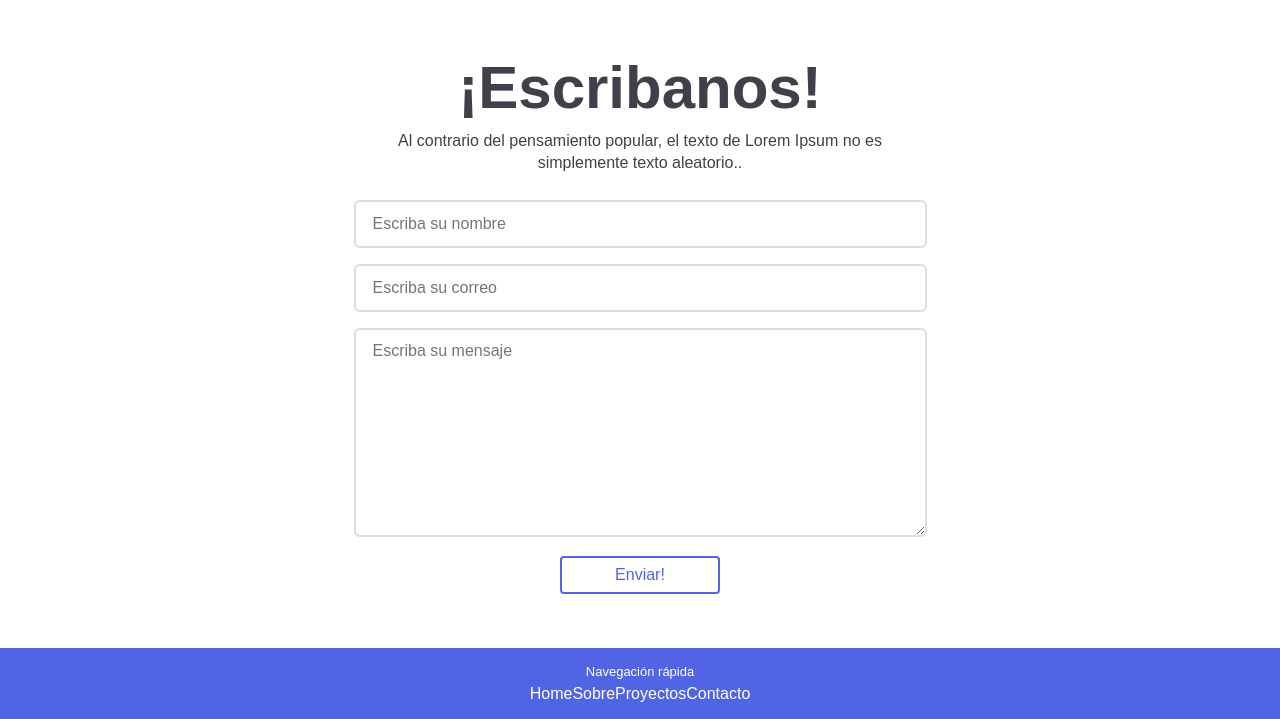
Repository: robsonmarkes/accesibilidad
Page: index.html
These files come from the project's save history. The page is drawn as it stood at one moment and after the next save; the edit follows.
The browser window is 1280 px wide. The pictures show the part of the page from y = 1369 to 2088 px (the page is 2088 px tall).
A picture or video elsewhere on the page could not be fetched, so the positions and the page height are approximate.

Above is the page before, as saved 2022-10-11 11:23:12.

### index.html
<!DOCTYPE html>
<html lang="en">
<head>
    <meta charset="UTF-8">
    <meta http-equiv="X-UA-Compatible" content="IE=edge">
    <meta name="viewport" content="width=device-width, initial-scale=1.0">
    <title>Mi empresa portal</title>
    <link rel="stylesheet" href="style.css">
</head>
<body>
    <!-- wrong way -->
    <div class="wrap">
        <div class="header">
            <a href="http://google.com" class="logo">
                <img src="https://www.pngarts.com/files/3/Logo-PNG-Transparent-Image.png" alt="" srcset="">
            </a>
            <ul>
                <li>
                    <a href="#" target="_blank" rel="noopener noreferrer">Home</a>
                </li>
                <li>
                    <a href="#" target="_blank" rel="noopener noreferrer">Proyectos</a>
                </li>
                <li>
                    <a href="#" target="_blank" rel="noopener noreferrer">Contacto</a>
                </li>
            </ul>
        </div>
        <div class="content">
            <div class="article">
                <h1>Bienvenido!</h1>
                <p>
                    Lorem Ipsum es simplemente el texto de relleno de las imprentas y archivos de texto. Lorem Ipsum ha sido el texto de relleno estándar de las industrias desde el año 1500, cuando un impresor (N. del T. persona que se dedica a la imprenta) desconocido usó una galería de textos y los mezcló de tal manera que logró hacer un libro de textos especimen. No sólo sobrevivió 500 años, sino que tambien ingresó como texto de relleno en documentos electrónicos, quedando esencialmente igual al original. Fue popularizado en los 60s con la creación de las hojas "Letraset", las cuales contenian pasajes de Lorem Ipsum, y más recientemente con software de autoedición, como por ejemplo Aldus PageMaker, el cual incluye versiones de Lorem Ipsum.
                </p>
                <div class="buttons">
                    <button class="primary">Empezar!</button>
                    <button class="secondary">Contacto</button>
                </div>
            </div>
            <hr />
            <div class="article">
                <div>
                    <h1>Nuestra empresa</h1>
                    <p>
                        Es un hecho establecido hace demasiado tiempo que un lector se distraerá con el contenido del texto de un sitio mientras que mira su diseño. El punto de usar Lorem Ipsum es que tiene una distribución más o menos normal de las letras, al contrario de usar textos como por ejemplo "Contenido aquí, contenido aquí". Estos textos hacen parecerlo un español que se puede leer. Muchos paquetes de autoedición y editores de páginas web usan el Lorem Ipsum como su texto por defecto, y al hacer una búsqueda de "Lorem Ipsum" va a dar por resultado muchos sitios web que usan este texto si se encuentran en estado de desarrollo. Muchas versiones han evolucionado a través de los años, algunas veces por accidente, otras veces a propósito (por ejemplo insertándole humor y cosas por el estilo).
                    </p>
                </div>
                <img src="https://cdn-dynmedia-1.microsoft.com/is/image/microsoftcorp/O2019-Hero-image-x2:VP1-539x440?resMode=sharp2&op_usm=1.5,0.65,15,0&wid=1920&hei=720&qlt=75&fit=constrain" alt="">
            </div>
            <hr />
            <div class="article">
                <h1>¡Escribanos!</h1>
                <p>
                    Al contrario del pensamiento popular, el texto de Lorem Ipsum no es simplemente texto aleatorio..
                </p>
                <form action="">
                    <fieldset>
                        <legend>En formulário de ejemplo</legend>
                        <div class="form-group">
                            <label for="name">nombre:</label>
                            <input type="text" name="name" id="name" placeholder="Escriba su nombre">
                        </div>
                        <div class="form-group">
                            <label for="email">correo:</label>
                            <input type="text" name="email" id="email" placeholder="Escriba su correo">
                        </div>
                        <div class="form-group">
                            <label for="message">mensaje:</label>
                            <textarea name="message" id="message" cols="30" rows="10" placeholder="Escriba su mensaje"></textarea>
                        </div>
                        <button>Enviar!</button>
                    </fieldset>
                </form>
            </div>
        </div>
        <div class="footer">
            <span>Navegación rápida</span>
            <ul>
                <li>
                    <a href="#" target="_blank" rel="noopener noreferrer">Home</a>
                </li>
                <li>
                    <a href="#" target="_blank" rel="noopener noreferrer">Sobre</a>
                </li>
                <li>
                    <a href="#" target="_blank" rel="noopener noreferrer">Proyectos</a>
                </li>
                <li>
                    <a href="#" target="_blank" rel="noopener noreferrer">Contacto</a>
                </li>
            </ul>
        </div>

        <div class="backgound-modal"></div>
        <div class="modal">
            <h2 class="title">Estas seguro que quieres enviar?</h2>
            <span>La acción no puede ser deshecha.</span>
            <button>¡Si!</button>
            <button>¡No!</button>
        </div>

    </div>
</body>
</html>

### style.css
:root {
    --primary-bg: rgb(81, 101, 228);
    --primary-color: #ffffff;
    --secondary-bg: #ffffff;
    --secondary-color: rgb(64, 64, 74);
    --body-bg: rgb(64, 64, 74);
    --transition-time: 0.2s;
  }

body, * {
    margin: 0;
    padding: 0;
    list-style-type: none;
    text-decoration: none;
    font-family:Arial, Helvetica, sans-serif;
    color: var(--secondary-color);
}

body a:hover {
    color: var(--primary-color);
}

.wrap {
    width: 100%;
    height: auto;
    margin: 0 auto;

}

.wrap .header {
    display: flex;
    align-items: center;
    background-color: var(--primary-bg);
}

.wrap .header  img {
    filter: invert(100%);
    height: 64px;
}

.wrap .header ul {
    display: flex;
}
.wrap .header ul li {
    padding: 1rem;
}
.wrap .header a {
    color: var(--primary-color);
}

.wrap .content {
    width: 100%;
    min-width: 400px;
    margin: 0;
}

.wrap .content hr {
    color: var(--body-bg);
    opacity: 0.2;
}

.wrap .content .article {
    margin: 0 auto;
    padding: 64px 0 48px;
    max-width: 600px;
    line-height: 1.4;
}

.wrap .content .article h1, h2, h3 {
    font-size: 3.75rem;
    padding-bottom: 0.35;
    text-align: center;
}

.wrap .content .article p {
    font-size: 1rem;
    text-align: center;
    padding: 0 1rem 1rem;
}

.wrap .content .article img {
    margin: 0 auto;
    max-width: 100%;
    padding: 1rem;
}

.wrap .content .article .buttons {
    max-width: 220px;
    margin: 0 auto;
    display: flex;
}

.wrap .content .article .buttons button {
    font-size: 1rem;
    padding: 0.5rem 1rem;
    margin: 4px;
    border: 2px solid;
    border-radius: 4px;
    cursor: pointer;
    background-color: transparent;
}

.wrap .content .article .buttons button.primary {
    background-color: var(--primary-color);
    color: var(--primary-bg);
    transition: var(--transition-time) background-color;
}

.wrap .content .article .buttons button.primary:hover {
    background-color: var(--primary-bg);
    color: var(--primary-color);
    border-color: var(--primary-bg);
}

.wrap .content .article .buttons button.secondary {
    background-color: var(--secondary-color);
    color: var(--secondary-bg);
    border-color: var(--secondary-color);
    transition: var(--transition-time) background-color;
}

.wrap .content .article .buttons button.secondary:hover {
    background-color: var(--secondary-bg);
    color: var(--secondary-color);
    border-color: var(--secondary-color);
}

.wrap .content .article form {
    width: 100%;
    margin: 0 auto;
}

.wrap .content .article form fieldset {
    display: flex;
    flex-direction: column;
    align-items: center;
    border-color: transparent;
}

.wrap .content .article form fieldset legend {
    opacity: 0;
    font-size: 0px;
}

.wrap .content .article form .form-group {
    width: 100%;
    display: block;
}

.wrap .content .article form .form-group label {
    opacity: 0;
    font-size: 0px;
}

.wrap .content .article form .form-group input, .wrap .content .article form .form-group textarea {
    font-size: 1rem;
    padding: 0.8rem 1rem;
    margin: 0.5rem;
    border: 2px solid #ddd;
    border-radius: 6px;
    width: 90%;
}

.wrap .content .article form fieldset button {
    font-size: 1rem;
    width: 160px;
    margin: 0 auto;
    padding: 0.5rem 1rem;
    margin: 4px;
    border: 2px solid;
    border-radius: 4px;
    cursor: pointer;
    background-color: var(--primary-color);
    color: var(--primary-bg);
    transition: var(--transition-time) background-color;
}

.wrap .content .article form fieldset button:hover {
    background-color: var(--primary-bg);
    color: var(--primary-color);
    border-color: var(--primary-bg);
}

.wrap .background-modal, .wrap .modal {
    display: none;
}

.wrap .footer {
    display: flex;
    flex-direction: column;
    align-items: center;
    padding: 1rem;
    background-color: var(--primary-bg);
}

.wrap .footer span {
    color: var(--primary-color);
    font-size: small;
    padding-bottom: 0.4rem;
}

.wrap .footer  ul {
    display: flex;
}

.wrap .footer  ul li a{
    color: var(--primary-color);

}

After the next save:
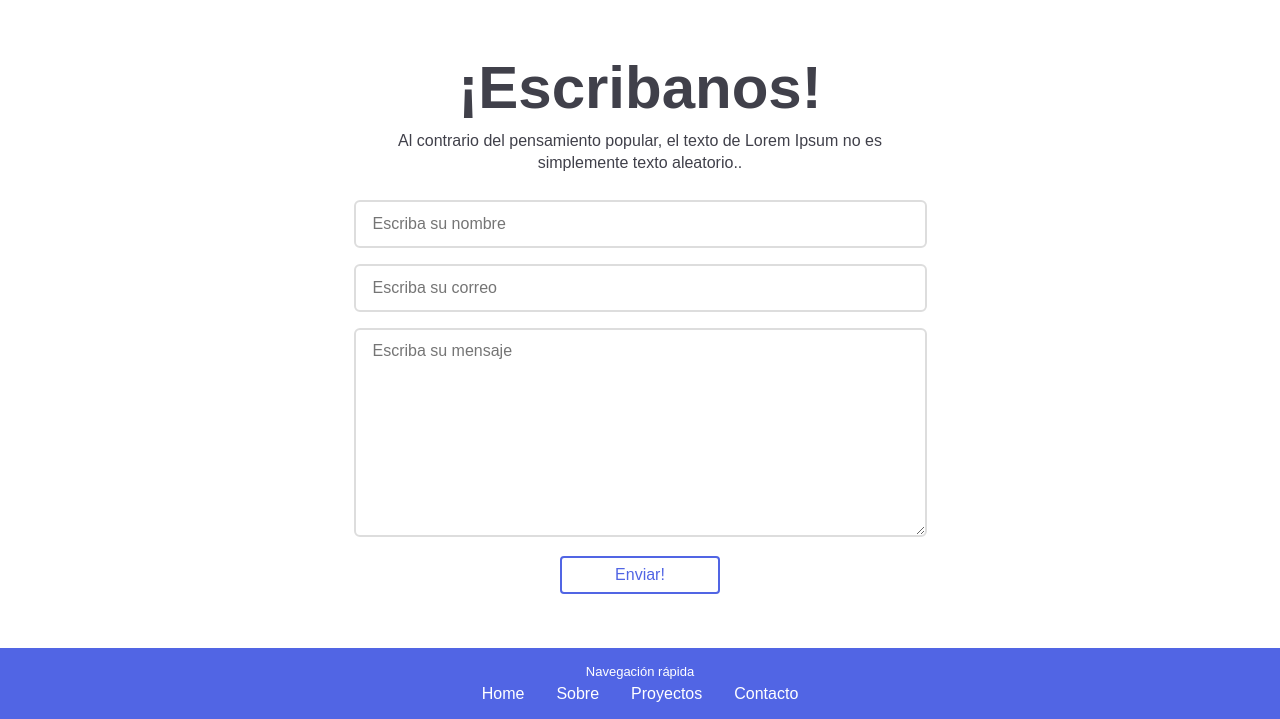
Saved 7 s later.
--- a/style.css
+++ b/style.css
@@ -203,7 +203,7 @@ body a:hover {
     display: flex;
 }
 
-.wrap .footer  ul li a{
-    color: var(--primary-color);
-
-}
+.wrap .footer  ul li a {
+    color: var(--primary-color);
+    padding: 1rem;
+}
